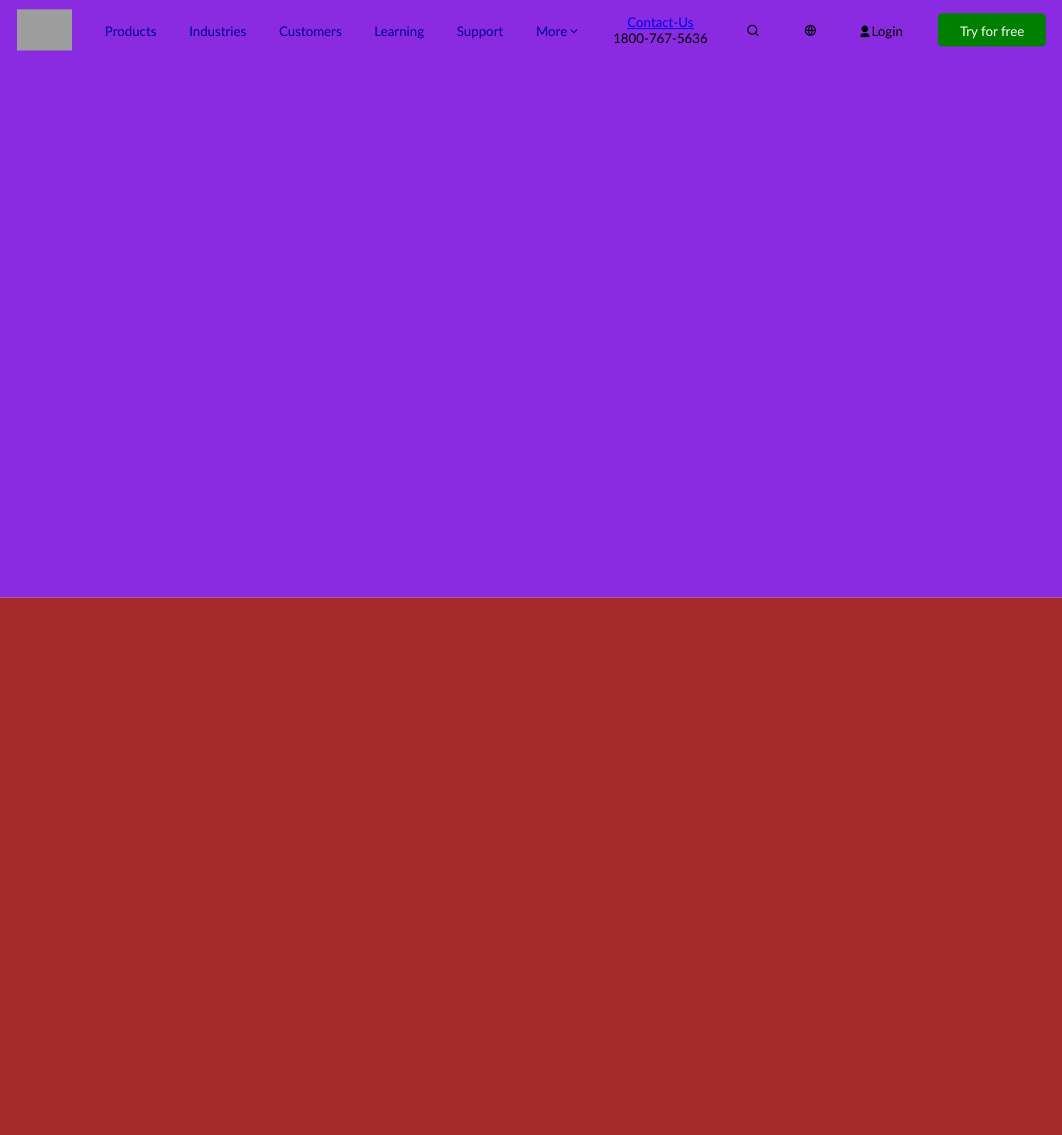
Repository: Chiranshukapil/html_css
Page: salesforce/index.html
These files come from the project's save history. The page is drawn as it stood at one moment and after the next save; the edit follows.
The browser window is 1280 px wide. The pictures show the whole page, at 83% of full size.
Pictures or frames that could not be fetched are drawn as grey boxes.

Above is the page before, as saved 2024-06-10 00:12:33.

### salesforce/index.html
<!DOCTYPE html>
<html lang="en">
    <head>
        <meta charset="UTF-8">
        <meta name="viewport" content="width=device-width, initial-scale=1.0">
        <title>Salesforce</title>
        <link rel="stylesheet" href="style.css">
        <link href="https://cdn.jsdelivr.net/npm/remixicon@4.2.0/fonts/remixicon.css" rel="stylesheet" />
    </head>
    <body>
        <div id="main">
            <div id="header">
                <div id="logo">
                    <img src="https://a.sfdcstatic.com/shared/images/c360-nav/salesforce-with-type-logo.svg" >
                </div>
                <div class="texts"><p>Products</p></div>
                <div class="texts"><p>Industries</p></div>
                <div class="texts"><p>Customers</p></div>
                <div class="texts"><p>Learning</p></div>
                <div class="texts"><p>Support</p></div>
                <div class="texts">
                    <p>More</p>
                    <p><i class="ri-arrow-down-s-line"></i></p>
                </div>
                <div id="contact">
                    <a  href="https://www.google.com/"><u>Contact-Us</u></a>
                    <p>1800-767-5636</p>
                </div>
                <div id="icon1" class="icon"><i class="ri-search-line"></i></div>
                <div class="icon"><i class="ri-global-line"></i></div>
                <div id="login">
                    <p><i class="ri-user-3-fill"></i></p>
                    <p>Login</p>
                </div>
                <div id="try">Try for free</div>
            </div>
            <div id="fakeheader"></div>
            <div id="page1"></div>
            <div id="page2"></div>
        </div>
    </body>
</html>

### salesforce/style.css
*{
    margin: 0%;
    padding: 0%;
    box-sizing: border-box;
    font-family: 'Gill Sans MT';
}

html,body{
    height: 100%;
    width: 100%;

}

#main{
    height: 100%;
    width: 100%;

}

#header{
    height: 10%;
    width: 100%;
    position: fixed;
    display: flex;
    align-items: center;
    justify-content: space-around;
    background-color: blueviolet;
    /* font-size: large; */
}

#logo{
    height: 70%;
}

#logo img{
    width: 100%;
    height: 100%;
}

#contact{
    text-align: center;

}

.icon{
    width: 30px;
    height: 30px;
    display: flex;
    align-items: center;
    justify-content: center;
    /* border: 1px solid;
    border-radius: 50%; */
}

.icon:hover{
    border: 1px solid rgb(226, 255, 255);
    border-radius: 50%;
    background-color: rgb(226, 255, 255);
}

#login{
    height: 30px;
    width: 60px;
    display: flex;
    align-items: center;
    justify-content: center;
}

#login:hover{
    border: 1px solid rgb(226, 255, 255);
    background-color: rgb(226, 255, 255);
    border-radius: 20px;
}

#try{
    width: 130px;
    height: 40px ;
    color: white;
    display: flex;
    align-items: center;
    justify-content: center;
    background-color: green;
    border: 1px solid green;
    border-radius: 5px;
}

.texts{
    color: rgb(0, 0, 147);
    display: flex;
}

.texts:hover{
    color: rgb(113, 113, 243);
}

#fakeheader{
    height: 10%;
    width: 100%;
}

#page1{
    height: 90%;
    width: 100%;
    background-color: blueviolet;
}
#page2{
    height: 90%;
    width: 100%;
    background-color: brown;
}

After the next save:
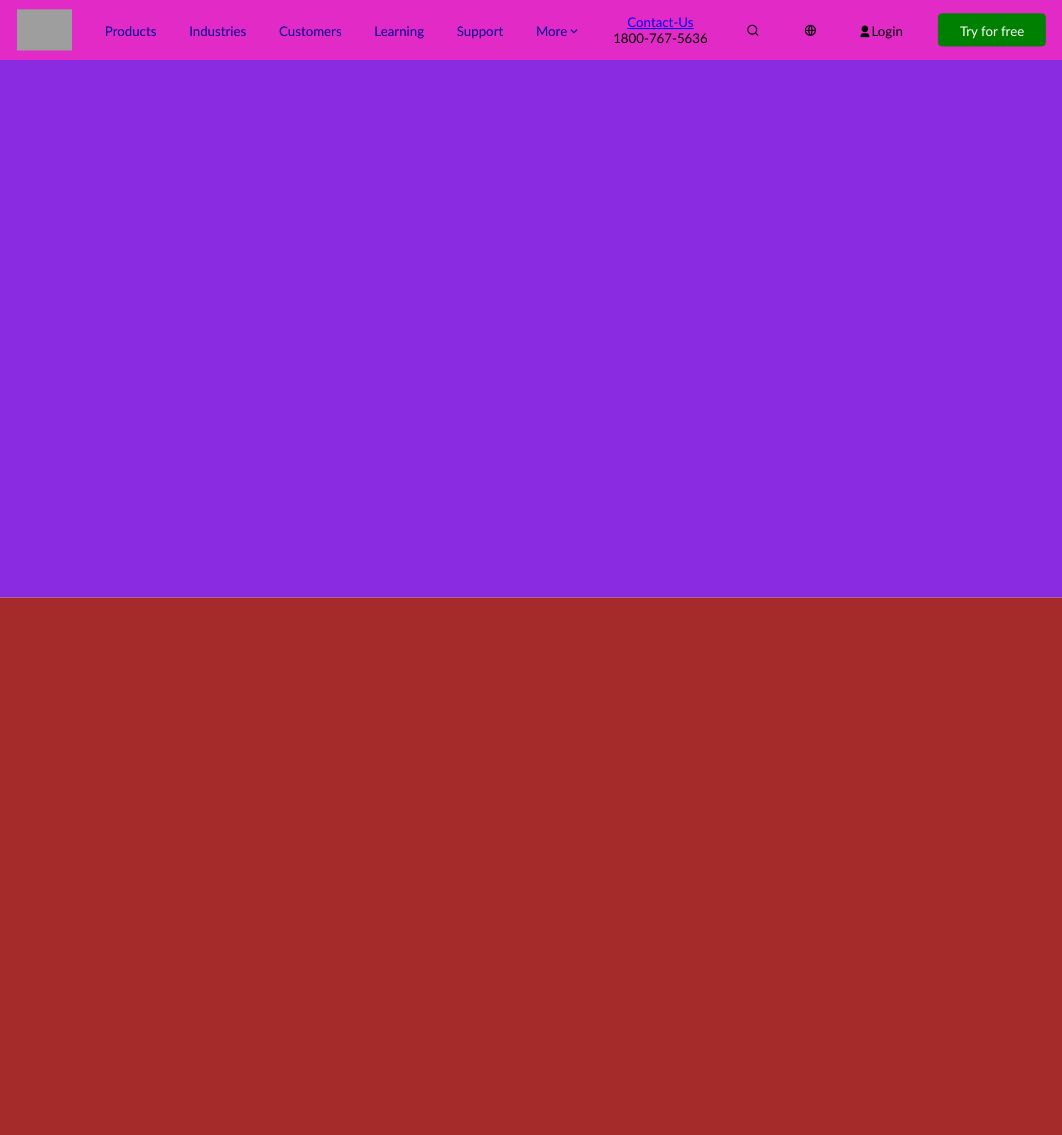
Saved 10 s later.
--- a/salesforce/style.css
+++ b/salesforce/style.css
@@ -24,7 +24,7 @@ html,body{
     display: flex;
     align-items: center;
     justify-content: space-around;
-    background-color: blueviolet;
+    background-color: rgb(226, 43, 198);
     /* font-size: large; */
 }
 
